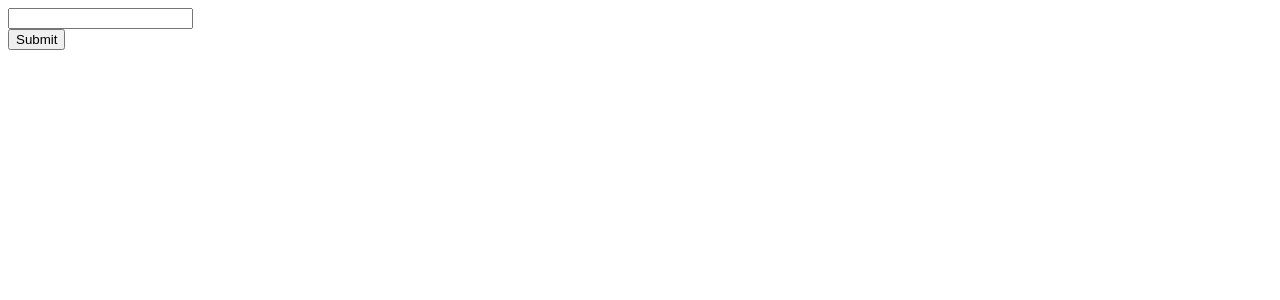
Repository: charlieactor/Skill-Distillery
Page: workspace/SpringMVCLab/WebContent/index.html
The author's editor kept a copy of each file at every save. The page is drawn from the files as they stood at one save, then again after the next save.
The browser window is 1280 px wide. The pictures show the whole page.

Above is the page before, as saved 2017-07-13 17:27:02.

After the next save:
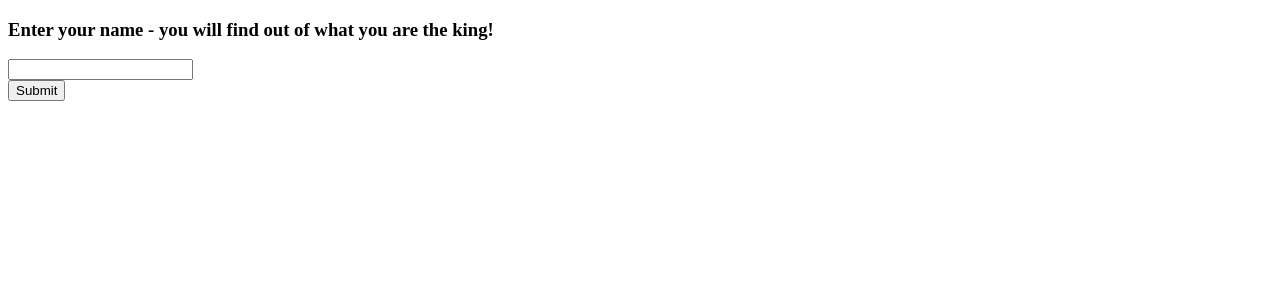
Saved 68 s later.
--- a/workspace/SpringMVCLab/WebContent/index.html
+++ b/workspace/SpringMVCLab/WebContent/index.html
@@ -5,6 +5,7 @@
     <title>SpringLab</title>
   </head>
   <body>
+  	<h3>Enter your name - you will find out of what you are the king!</h3>
     <form action="route.do" method="GET">
       <input type="text" name="data" /><br />
       <input type="submit" value="Submit" /><br />
